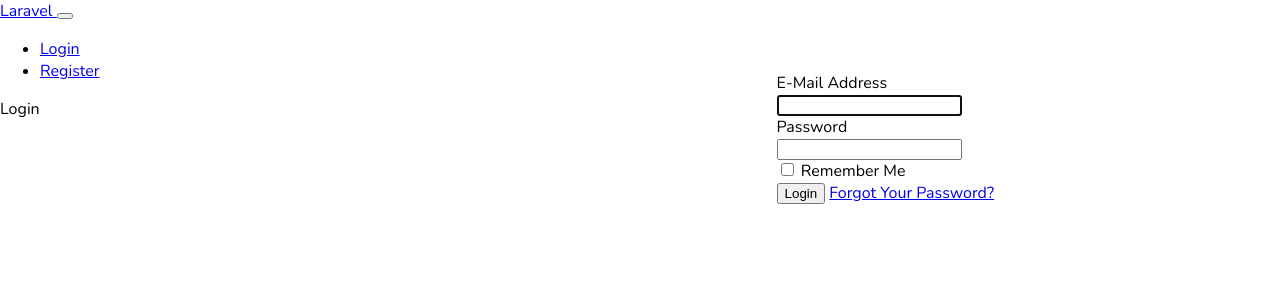
Repository: PatryxB/libraryBook
Page: http://localhost/login
The author's editor kept a copy of each file at every save. The page is drawn from the files as they stood at one save, then again after the next save.
The browser window is 1280 px wide. The pictures show the whole page.
The page is served by the project's Laravel application, run on PHP 8.4 with Laravel 8. Other server files are loaded and not shown. Style sheets and scripts are compiled from the project's sources, by tool versions that may differ from the author's.

Above is the page before, as saved 2020-05-14 13:41:52.

### routes/web.php
<?php

use Illuminate\Support\Facades\Route;

/*
|--------------------------------------------------------------------------
| Web Routes
|--------------------------------------------------------------------------
|
| Here is where you can register web routes for your application. These
| routes are loaded by the RouteServiceProvider within a group which
| contains the "web" middleware group. Now create something great!
|
*/

Route::get('/', function () {
    return view('welcome');
});

Auth::routes();

Route::get('/home', 'HomeController@index')->name('home');
Route::post('/l', 'HomeController@store');

### resources/sass/app.scss
// Fonts
@import url('https://fonts.googleapis.com/css?family=Nunito');

// Variables
@import 'variables';

html, body{
    margin: 0;
    padding: 0;
    box-sizing: border-box;
    font-family: 'Nunito';
}
.banner img{
    width: 100%;
    height: 100vh;
    position: relative;
    filter: brightness(70%);
}
.welcome-text{
    position: absolute;
    top: 7%;
    left: 18%;
    color: white;
    font-size: 60px;
}
form{
    position: absolute;
    top: 10%;
    right: 20%;
    background-color: white;
    padding: 30px;
    padding-top: 0;

}

Loaded but not shown: app/Http/Controllers/Auth/LoginController.php (common file); app/Http/Controllers/Controller.php (common file); app/Http/Controllers/Auth/ConfirmPasswordController.php (common file); resources/views/auth/login.blade.php (common file); resources/views/layouts/app.blade.php (common file); resources/sass/_variables.scss (common file)

After the next save:
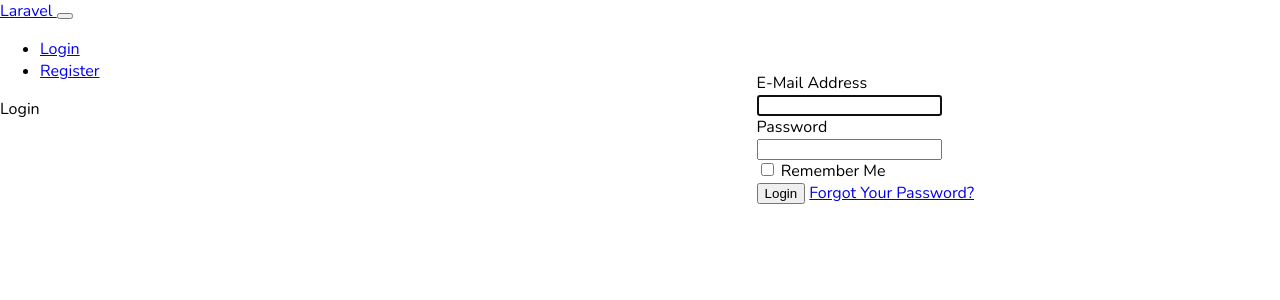
Saved 10 s later.
--- a/resources/sass/app.scss
+++ b/resources/sass/app.scss
@@ -28,7 +28,7 @@ form{
     top: 10%;
     right: 20%;
     background-color: white;
-    padding: 30px;
+    padding: 50px;
     padding-top: 0;
 
 }
